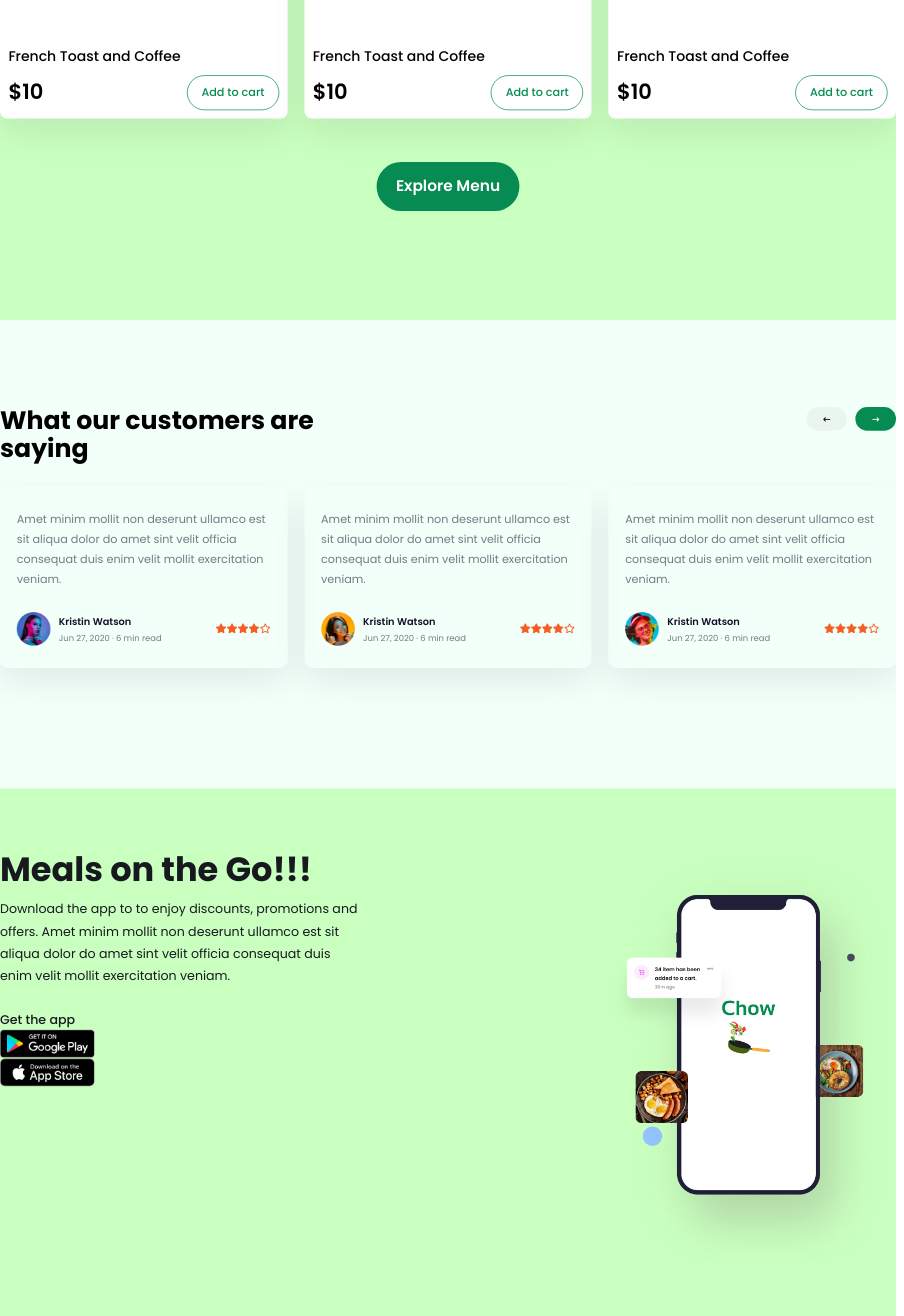
Repository: nguyennam1029/balbal
Page: index.html
The author's editor kept a copy of each file at every save. The page is drawn from the files as they stood at one save, then again after the next save.
The browser window is 1280 px wide. The page is 1292 px wide, so the pictures cover 1292 px, including what lies to the right of the window. The pictures show the part of the page from y = 2019 to 3899 px (the page is 3899 px tall), at 70% of full size.
Some web libraries are served in a nearby version.

Above is the page before, as saved 2022-07-06 19:21:14.

After the next save:
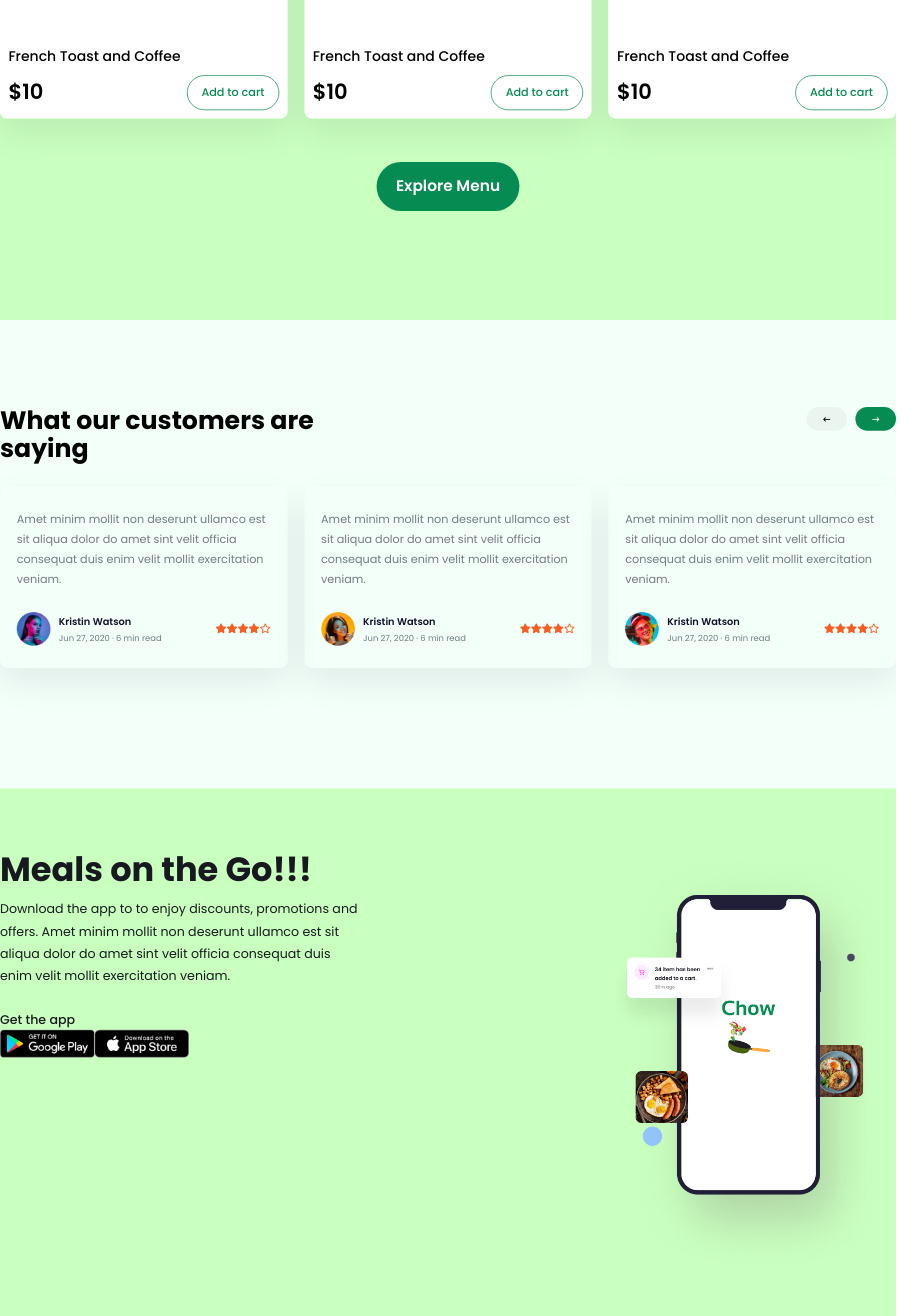
Saved 103 s later.
--- a/css/style.css
+++ b/css/style.css
@@ -514,3 +514,9 @@ ul {
     line-height: 28px;
     color      : #18191F;
 }
+
+.getApp-img {
+    display           : flex;
+    /* justify-content: center; */
+    align-items       : center;
+}
